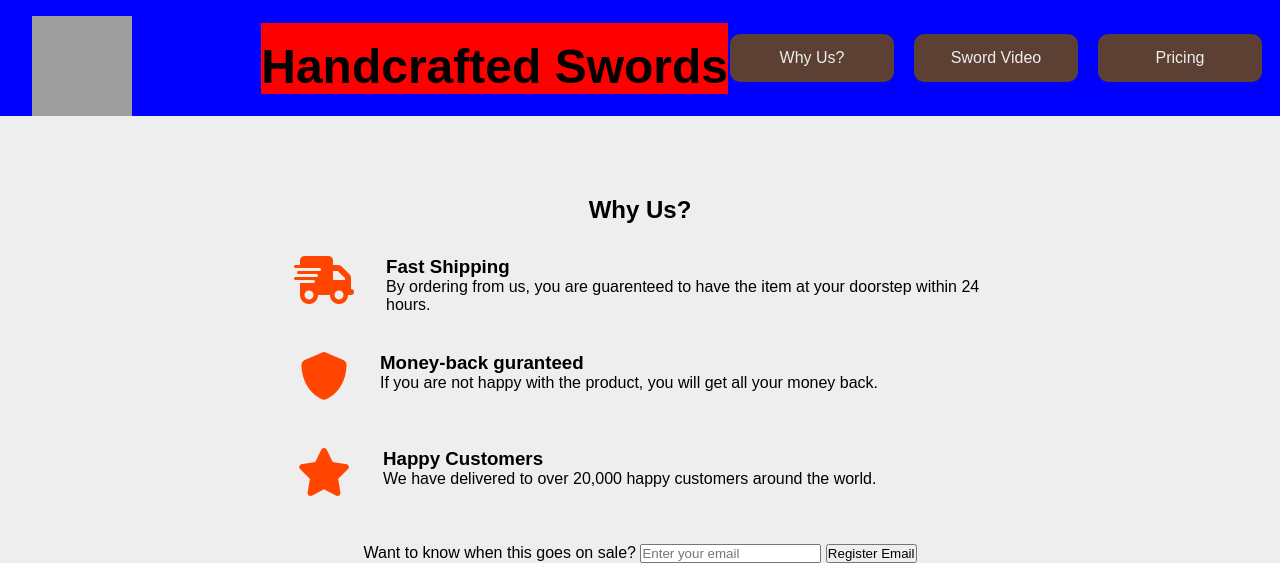
Repository: Pafestivo/Product-Landing-Page
Page: index.html
An editor plug-in stored every save of this project. The page is shown before and after the next save, followed by the edit.
The browser window is 1280 px wide. The pictures show the part of the page from y = 0 to 563 px (the page is 882 px tall).
Pictures or frames that could not be fetched are drawn as grey boxes. Some web libraries are served in a nearby version.

Above is the page before, as saved 2022-09-15 17:21:52.

### index.html
<!DOCTYPE html>
<html lang="en">
<head>
  <meta charset="UTF-8">
  <meta name="viewport" content="width=device-width, initial-scale=1.0">
  <link rel="stylesheet" href="styles.css">
  <script src="https://kit.fontawesome.com/e2364af56b.js" crossorigin="anonymous"></script>
  <title>Product Landing Page</title>
</head>

<body>
  <header id="header">
    <img
    id="header-img"
    src="https://static.vecteezy.com/system/resources/previews/002/323/268/non_2x/fist-icon-symbol-vector.jpg"
    width="100"
    height="100"
    />

    <h1 id="page-title">Handcrafted Swords</h1>

    <nav id="nav-bar">
      <a class="nav-link hover-effect" href="#why-us">Why Us?</a>
      <a class="nav-link hover-effect" href="#sword-video">Sword Video</a>
      <a class="nav-link hover-effect" href="#pricing">Pricing</a>
    </nav>
  </header>

  <main>
    <h2 id="why-us">Why Us?</h2>
    <div class="reason">
    <i class="fa-solid fa-truck-fast fa-3x"></i>
      <div class="reason-text">
        <h3>Fast Shipping</h3>
        <p>By ordering from us, you are guarenteed to have the item at your doorstep within 24 hours.</p>
      </div> <!-- /Reason-text-->
    </div> <!-- /Reason -->

    <div class="reason">
      <i class="fa-solid fa-shield fa-3x"></i>
      <div class="reason-text">
        <h3>Money-back guranteed</h3>
        <p>If you are not happy with the product, you will get all your money back.</p>
      </div> <!-- /Reason-text-->
    </div> <!-- /Reason -->

    <div class="reason">
      <i class="fa-solid fa-star fa-3x"></i>
      <div class="reason-text">
        <h3>Happy Customers</h3>
        <p>We have delivered to over 20,000 happy customers around the world.</p>
      </div> <!-- /Reason-text-->
      </div> <!-- /Reason -->


      <form id="form">
        <label for="email">Want to know when this goes on sale?</label>
        <input
        id="email"
        type="email"
        placeholder="Enter your email"
        />
        <input
        id="submit"
        type="submit"
        value="Register Email"
        action="https://www.freecodecamp.com/email-submit"
        />
      </form>


      <iframe
      width="560"
      height="315"
      src="https://www.youtube.com/embed/0qC64jGCxBo?autoplay=1&mute=1"
      title="YouTube video player"
      frameborder="0"
      allow="accelerometer; autoplay; clipboard-write; encrypted-media; gyroscope; picture-in-picture"
      allowfullscreen>
      </iframe>

  </main>
</body>
</html>

### styles.css
* {
  margin: 0;
  padding: 0;
}

html {
  box-sizing: border-box;
}

body {
  font-family: sans-serif;
  background-color: #eee;
}

/* header */
#nav-bar a {
  text-decoration: none;
  color: #eee;
  background-color: #5C4033;
  margin: 4px 2px;
  padding: 15px 32px;
  width: 100px;
  text-align: center;
  border-radius: 10px;
  transition: 0.5s;
}

.hover-effect:hover {
  transform: scale(1.2);
}

header {
  display: grid;
  grid-template-columns: 1fr auto 1fr;
  background-color: blue;
  align-items: center;
}

header h1 {
    padding-top: 1rem;
    font-size: 3em;
    align-items: center;
    background-color: red;
}

#header-img {
  padding-left: 2rem;
  padding-top: 1rem;
}

#nav-bar {
  display: flex;
  gap: 1rem;
  margin: auto 0;
  padding-right: 1rem;
  justify-self: end;
}
/* End of header */

/* Main  */
main {
  text-align: center;
}

#why-us {
  padding: 5rem 0 2rem 0;
}

.reason {
  display: flex;
  justify-content: center;
}

.reason p {
  width: 600px;
  text-align: left;
}

.fa-solid {
  color: orangered;
  padding: 0 2rem 3rem 0;
}

.reason h3 {
  text-align: left;
}

/* End of main */

After the next save:
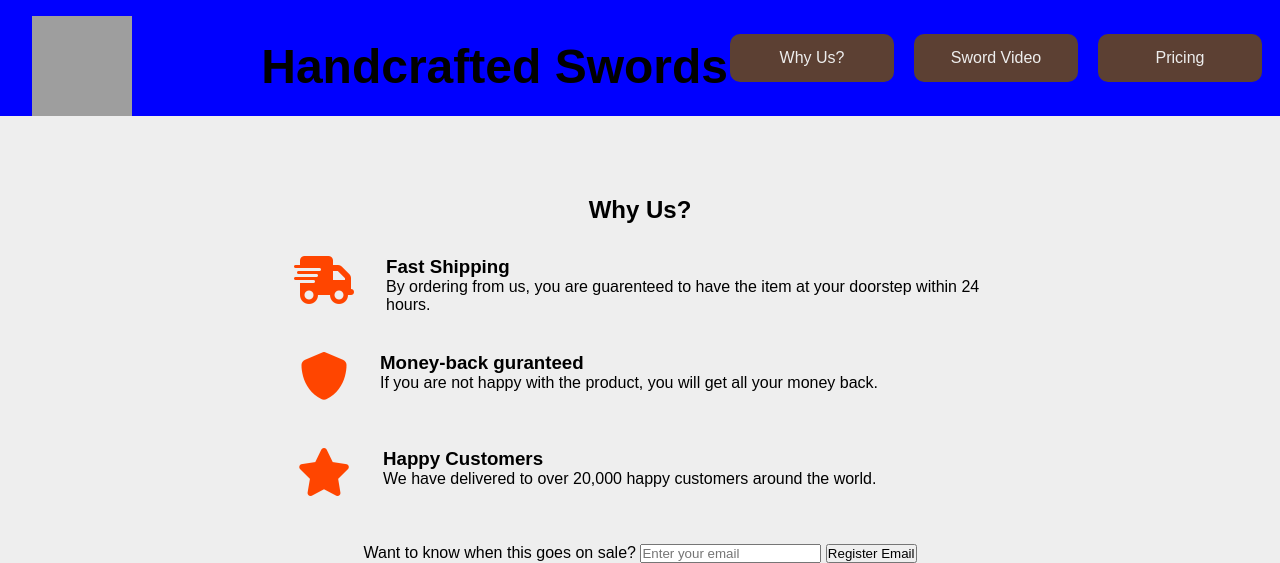
Saved 9 s later.
--- a/styles.css
+++ b/styles.css
@@ -39,8 +39,6 @@
 header h1 {
     padding-top: 1rem;
     font-size: 3em;
-    align-items: center;
-    background-color: red;
 }
 
 #header-img {
@@ -51,7 +49,6 @@
 #nav-bar {
   display: flex;
   gap: 1rem;
-  margin: auto 0;
   padding-right: 1rem;
   justify-self: end;
 }
